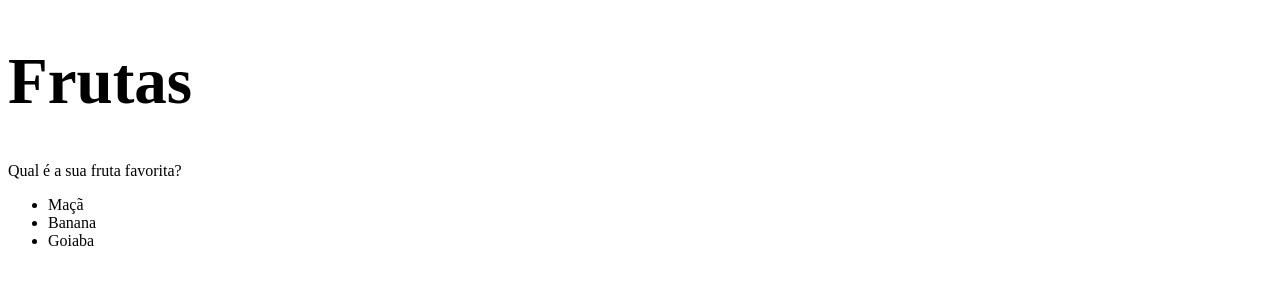
Repository: rafaelsales-97/dia2
Page: index.html
These files come from the project's save history. The page is drawn as it stood at one moment and after the next save; the edit follows.
The browser window is 1280 px wide. The pictures show the whole page.

Above is the page before, as saved 2023-04-19 20:55:52.

### index.html
<!DOCTYPE html>
<html lang="pt-br">
  <head>
    <meta charset="UTF-8">
    <title>HTML</title>
    <style>
        h1{
            font-size: 65px;
        }
    </style>
  </head>
  <body>
    <h1>Frutas</h1>
    <p>Qual é a sua fruta favorita?</p>
    <ul>
      <li>Maçã</li>
      <li>Banana</li>
      <li>Goiaba</li>
    </ul>
  </body>
</html>

After the next save:
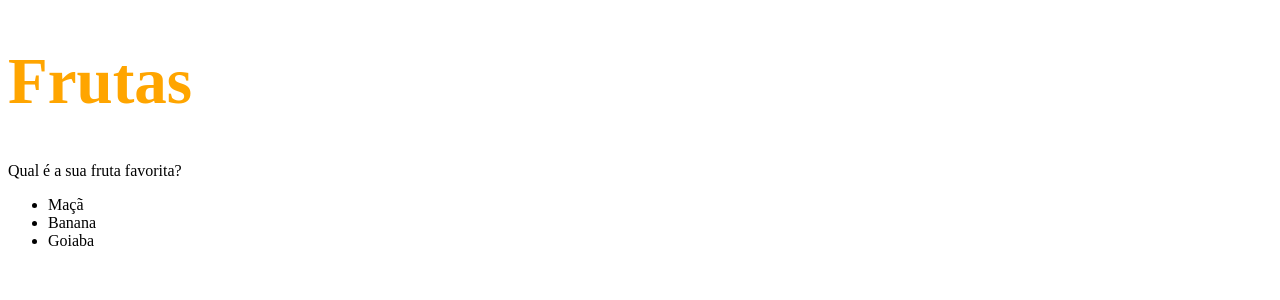
Saved 28 s later.
--- a/index.html
+++ b/index.html
@@ -6,7 +6,9 @@
     <style>
         h1{
             font-size: 65px;
+            color: orange;
         }
+
     </style>
   </head>
   <body>
